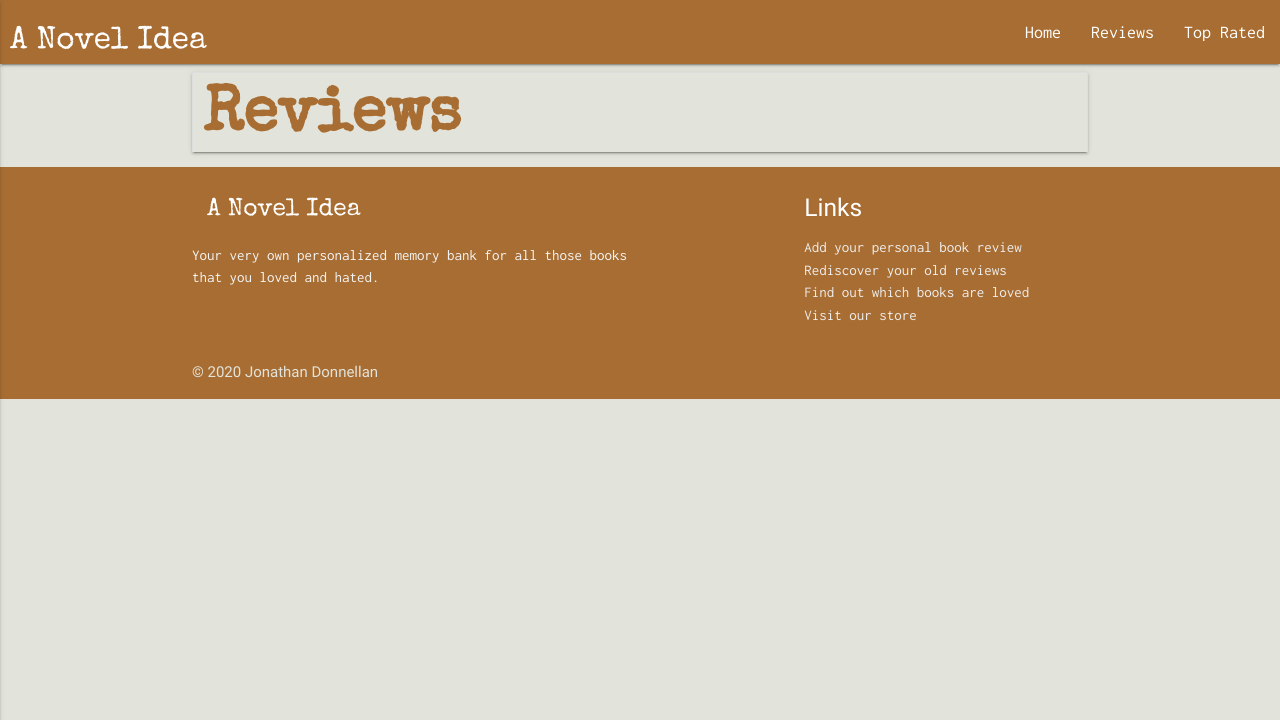
Repository: johnny-don/a-novel-idea
Page: http://localhost/
The author's editor kept a record of every edit. The page is drawn from the files as they stood at one moment, then again after the next edit.
The browser window is 1280 px wide. The pictures show the whole page.
Some web libraries are served in a nearby version. The page is served by the project's application, run on Flask 3 (app.py). Queries for data that is not in the repository find no rows.

Above is the page before.

### templates/reviews.html
{% extends 'base.html' %} {% block content %}
<div class="container">
<ul class="collapsible" data-collapsible="accordian">
    <h1 class="headline">Reviews</h1>
    {% for review in reviews %}
    <li>
        <div class="collapsible-header">

            <div class="col s8">
                <i class="material-icons">expand_more</i>
                <i class="material-icons prefix text-font icons">title</i>{{review.title.upper()}}  <i class="material-icons prefix text-font icons">perm_identity</i>
                <strong>  {{review.author}}</strong>
                <i class="material-icons prefix text-font icons">event_seat</i> <em>{{review.genre}}</em>
                <i class="material-icons prefix text-font icons">grade</i> {{review.rating}}
                </div>
                <div class="col s4">
                <a href="{{url_for('edit_review', review_id=review._id)}}" class="waves-effect waves-light btn-small text-font icons">Edit</a>
                <a href="{{url_for('delete_review', review_id=review._id)}}" class="waves-effect waves-light btn-small text-font icons">Delete</a>
            </div>
            </div>

        <div class="collapsible-body">
            <span class="text-font">{{review.review}}</span>
        </div>

    </li>


    {% endfor %}
    </div>
</ul>
 </div>

{% endblock %}

### templates/base.html
<!DOCTYPE html>
<html lang="en">

<head>
    <meta charset="UTF-8">
    <meta name="viewport" content="width=device-width, initial-scale=1.0">
    <meta http-equiv="X-UA-Compatible" content="ie=edge">
    <link rel="stylesheet" href="{{url_for('static', filename='css/style.css')}}" type="text/css"/>
    <link href="https://fonts.googleapis.com/icon?family=Material+Icons" rel="stylesheet">
    <link rel="stylesheet" href="https://cdnjs.cloudflare.com/ajax/libs/materialize/0.100.2/css/materialize.min.css">
    <link href="https://fonts.googleapis.com/css?family=Special+Elite&display=swap" rel="stylesheet">


    <title>A Novel Idea</title>
</head>

<body>
      <header>
        <nav class="nav-foot">
            <div class="nav-wrapper">
                <a href="{{url_for('add_review')}}" class=" brand brand-logo">A Novel Idea</a>
                <a href="#" data-activates="mobile-demo" class="button-collapse"><i class="material-icons">menu</i></a>
                <ul id="nav-mobile" class="right hide-on-med-and-down">
                    <li><a href="{{url_for('add_review')}}" class="text-font menu-link">Home</a></li>
                    <li><a href="{{url_for('get_reviews')}}" class="text-font menu-link">Reviews</a></li>
                    <li><a href="{{url_for('top_rated')}}" class="text-font menu-link">Top Rated</a></li>
                </ul>
                <ul class="side-nav" id="mobile-demo">
                     <li><a href="{{url_for('add_review')}}" class="text-font">Home</a></li>
                    <li><a href="{{url_for('get_reviews')}}" class="text-font">Reviews</a></li>
                    <li><a href="{{url_for('top_rated')}}" class="text-font">Top Rated</a></li>
                </ul>
            </div>
        </nav>
    </header>

    {% block content %}
    {% endblock %}


    <footer class="footer nav-foot">
          <div class="container">
            <div class="row">
              <div class="col l6 s12">
                <h5 class="white-text brand">A Novel Idea</h5>
                <p class="grey-text text-lighten-4 text-font">Your very own personalized memory bank for all those books that you loved and hated. </p>
              </div>
              <div class="col l4 offset-l2 s12">
                <h5 class="white-text">Links</h5>
                <ul>

                  <li><a class="grey-text text-lighten-3 text-font" href="{{url_for('add_review')}}">Add your personal book review</a></li>
                  <li><a class="grey-text text-lighten-3 text-font" href="{{url_for('get_reviews')}}">Rediscover your old reviews</a></li>
                  <li><a class="grey-text text-lighten-3 text-font" href="{{url_for('top_rated')}}">Find out which books are loved</a></li>
                  <li><a class="grey-text text-lighten-3 text-font" href="https://last-bookshop.business.site/">Visit our store</a></li>

                </ul>
              </div>
            </div>
          </div>
          <div class="footer-copyright">
            <div class="container">
            © 2020 Jonathan Donnellan

            </div>
          </div>
        </footer>








    <script src="https://cdnjs.cloudflare.com/ajax/libs/jquery/3.2.1/jquery.min.js"></script>
    <script src="https://cdnjs.cloudflare.com/ajax/libs/materialize/0.100.2/js/materialize.min.js"></script>
    <script type="text/javascript">
        $(document).ready(function() {
            $('.collapsible').collapsible();
            $(".button-collapse").sideNav();
            $('.slider').slider();
        });
    </script>
</body>

</html>

### app.py
import os
from flask import Flask, render_template, redirect, request, url_for, request
from flask_pymongo import PyMongo
from bson.objectid import ObjectId


app = Flask(__name__)
app.config["MONGO_DBNAME"] = 'novel_idea'
app.config["MONGO_URI"] = 'mongodb+srv://johnny_don:2gardensmon@cluster0-kzp63.mongodb.net/novel_idea?retryWrites=true&w=majority'


mongo = PyMongo(app)


@app.route('/')


@app.route('/get_reviews')
def get_reviews():
    return render_template("reviews.html", reviews=mongo.db.info.find())

@app.route('/add_review')
def add_review():
    return render_template('addreview.html')

@app.route('/submit_review', methods=['POST'])
def submit_review():
    info = mongo.db.info
    info.insert_one(request.form.to_dict())
    return redirect(url_for('get_reviews'))

@app.route('/edit_review/<review_id>')
def edit_review(review_id):
    the_review = mongo.db.info.find_one({"_id": ObjectId(review_id)})
    return render_template('editreview.html', review=the_review)


@app.route('/update_review/<review_id>', methods=["POST"])
def update_review(review_id):
    reviews=mongo.db.info
    reviews.update( {'_id': ObjectId(review_id)},
    {
        'title':request.form.get('title'),
        'author':request.form.get('author'),
        'genre':request.form.get('genre'),
        'rating':int(request.form.get('rating')),
        'review':request.form.get('review')
    })

    return redirect(url_for('get_reviews'))

@app.route('/delete_review/<review_id>')
def delete_review(review_id):
    mongo.db.info.remove({'_id': ObjectId(review_id)})
    return redirect(url_for('get_reviews'))



@app.route('/top_rated')
def top_rated():
    return render_template("toprated.html", ratings=mongo.db.info.find().sort("rating", -1))





if __name__ == '__main__':
    app.run(host=os.environ.get('IP'),
            port=int(os.environ.get('PORT')),
            debug=True)

### static/css/style.css
@import url('https://fonts.googleapis.com/css?family=Special+Elite&display=swap');
@import url('https://fonts.googleapis.com/css?family=Inconsolata&display=swap');
@import url('https://fonts.googleapis.com/css?family=Inconsolata&display=swap');

/* buttons */

body {
        background-color: #e2e3da;
}


.btn-small {
    margin-left: 15px;
    margin-top: 10px;
    margin-bottom: 10px;
    margin-right: 10px;
    padding: 5px;
    background-color: #a86d32;
    color: white;
    font-family: 'Inconsolata', monospace;
}

/* fonts */

.brand {
   font-family: 'Special Elite', cursive;
   margin-left: 30px;
   padding: 5px;
}

.headline {
   font-family: 'Special Elite', cursive;
    font-weight: bold;
    color: #a86d32;
    margin: 10px;
}


.text-font {
    font-family: 'Inconsolata', monospace;
}

/* navbar */

.brand {
   font-family: 'Special Elite', cursive;
   margin: 10px;
   padding: 5px;
}

.menu-link {
    font-size: larger;

}

.side-nav {
   background-color: #a86d32;
}

.nav-foot {

    background-color: #a86d32;
}

/* footer */

.footer {
    padding-top: 15px;
    padding-bottom: 15px;
    color: #e2e3da;
    background-color: #a86d32;
}

/* icons */

.material-icons {
    margin: 10px;

}

/* image slider */

.slider-text {
    font-family: 'Inconsolata', monospace;
    color: #e2e3da;
    font-weight: bolder;

}

.icons {
    margin: 10px;

}



.sections {
    margin-top: 30px;
    margin-bottom: 30px;
}

.review-section {
    background-color: #e2e3da;

}

After the next edit:
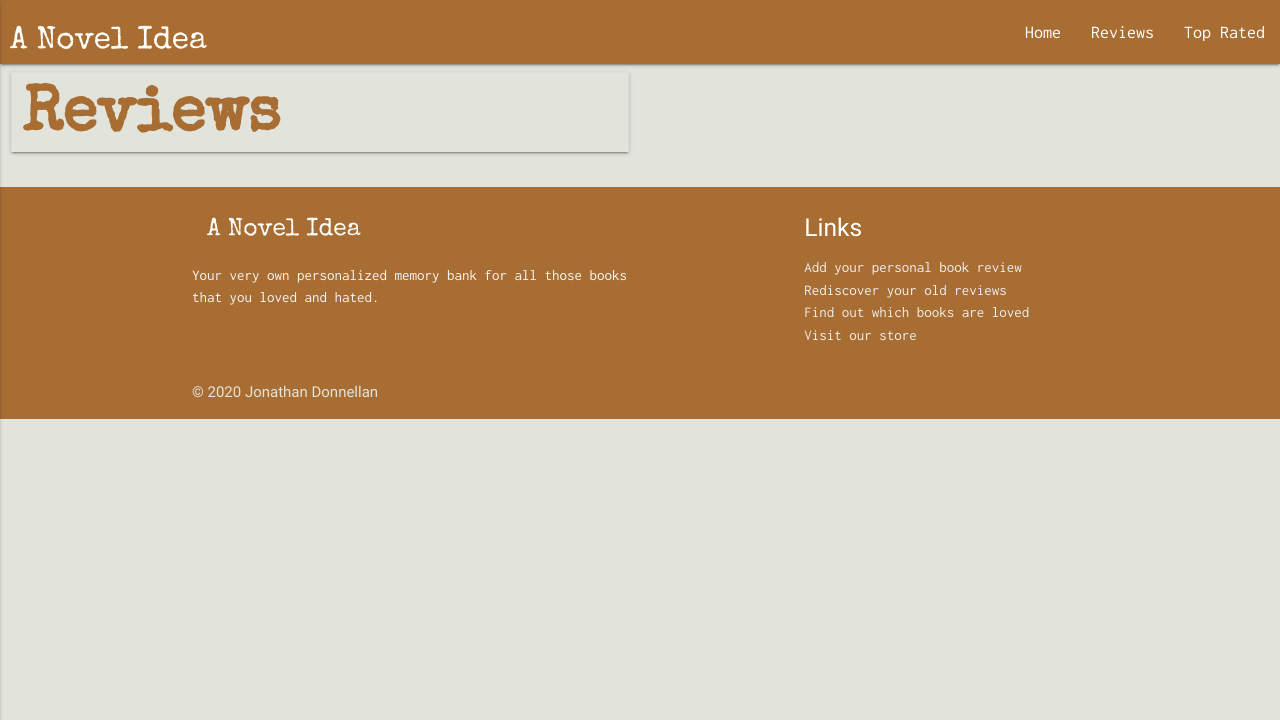
The edit:
--- a/templates/reviews.html
+++ b/templates/reviews.html
@@ -1,5 +1,6 @@
 {% extends 'base.html' %} {% block content %}
-<div class="container">
+<div class="row">
+<div class="col s6">
 <ul class="collapsible" data-collapsible="accordian">
     <h1 class="headline">Reviews</h1>
     {% for review in reviews %}
